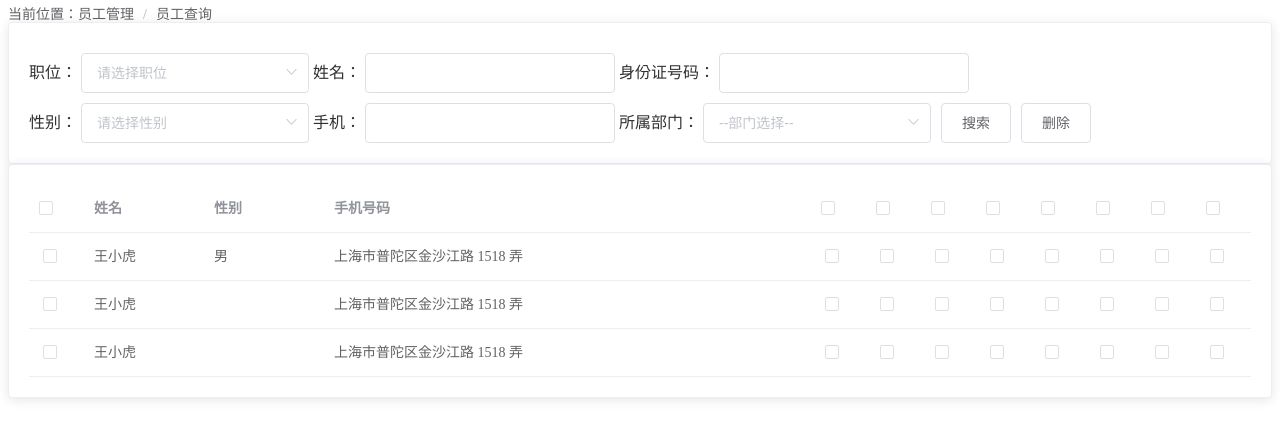
Repository: YUNjwyao/vue_hrm
Page: /#/employee
The author's editor kept a copy of each file at every save. The page is drawn from the files as they stood at one save, then again after the next save.
The browser window is 1280 px wide. The pictures show the whole page.
The project was rebuilt for these pictures with package versions that can differ from the ones it lists, and the page was loaded fresh each time.

Above is the page before, as saved 2020-10-15 19:38:49.

### src/App.vue
<template>
  <div id="app">
     <!-- 路由占位符 -->
     <router-view></router-view>
  </div>
</template>

<script>

export default {

}
</script>

<style lang="less" scoped>

</style>

### src/router/index.js
import Vue from 'vue'
import VueRouter from 'vue-router'
import EmployeeQuery from '../components/Employee/EmployeeQuery.vue'

Vue.use(VueRouter)

const routes = [
 {
   path: '/employee',component: EmployeeQuery
 }
]

const router = new VueRouter({
  routes
})

export default router

### src/plugins/element.js
import Vue from 'vue'
import {
    Button,
    Breadcrumb,
    BreadcrumbItem,
    Card,
    Select,
    Option,
    Input,
    Row,
    Table,
    TableColumn
} from 'element-ui'


Vue.use(Button)
Vue.use(Breadcrumb)
Vue.use(BreadcrumbItem)
Vue.use(Card)
Vue.use(Select)
Vue.use(Option)
Vue.use(Input)
Vue.use(Row)
Vue.use(Table)
Vue.use(TableColumn)

### src/components/Employee/EmployeeQuery.vue
<template>
  <div class="employee">
    <!-- 面包屑导航 -->
    <el-breadcrumb separator="/">
      <el-breadcrumb-item>当前位置：员工管理</el-breadcrumb-item>
      <el-breadcrumb-item><a href="/">员工查询</a></el-breadcrumb-item>
    </el-breadcrumb>
    <!-- 查询输入框 -->
    <el-card>
      <el-row>
        职位：
        <el-select v-model="value" placeholder="请选择职位">
          <el-option
            v-for="item in options"
            :key="item.value"
            :label="item.label"
            :value="item.value"
          >
          </el-option>
        </el-select>
        姓名：
        <el-input v-model="input"></el-input>
        身份证号码：
        <el-input v-model="input"></el-input>
      </el-row>
	  <el-row>
        性别：
        <el-select v-model="value" placeholder="请选择性别">
          <el-option
            v-for="item in optionsSex"
            :key="item.value"
            :label="item.label"
            :value="item.value"
          >
          </el-option>
        </el-select>
        手机：
        <el-input v-model="input"></el-input>
       所属部门：
        <el-select v-model="value" placeholder="--部门选择--">
          <el-option
            v-for="item in optionsDoor"
            :key="item.value"
            :label="item.label"
            :value="item.value"
          >
          </el-option>
        </el-select>
		<el-button>搜索</el-button>
		<el-button>删除</el-button>
      </el-row>
    </el-card>
	<!-- Table表格 -->
	<el-card>
		 <el-table
    ref="multipleTable"
    :data="tableData"
    tooltip-effect="dark"
    style="width: 100%"
    @selection-change="handleSelectionChange">
    <el-table-column
      type="selection"
      width="55">
    </el-table-column>
    <el-table-column
	  prop="name"
      label="姓名"
      width="120">
      <template slot-scope="scope">{{ scope.row.name }}</template>
    </el-table-column>
    <el-table-column
      prop="sex"
      label="性别"
      width="120">
    </el-table-column>
    <el-table-column
      prop="address"
      label="手机号码"
      show-overflow-tooltip>
    </el-table-column>
	<el-table-column
      type="selection"
      width="55">
    </el-table-column>
	<el-table-column
      type="selection"
      width="55">
    </el-table-column>
	<el-table-column
      type="selection"
      width="55">
    </el-table-column>
	<el-table-column
      type="selection"
      width="55">
    </el-table-column>
	<el-table-column
      type="selection"
      width="55">
    </el-table-column>
	<el-table-column
      type="selection"
      width="55">
    </el-table-column>
	<el-table-column
      type="selection"
      width="55">
    </el-table-column>
	<el-table-column
      type="selection"
      width="55">
    </el-table-column>
  </el-table>
	</el-card>
  </div>
</template>

<script>
export default {
  data() {
    return {
      options: [
        {
          value: "选项1",
          label: "经理",
        },
        {
          value: "选项2",
          label: "职员",
        },
	  ],
	  optionsSex: [
        {
          value: "选项1",
          label: "男",
        },
        {
          value: "选项2",
          label: "女",
        },
	  ],
	  optionsDoor: [
        {
          value: "选项1",
          label: "技术部",
        },
        {
          value: "选项2",
          label: "运营部",
        },
	  ],
	    tableData: [{
		  name: '王小虎',
		  sex: '男',
          address: '上海市普陀区金沙江路 1518 弄'
        }, {
          date: '2016-05-02',
          name: '王小虎',
          address: '上海市普陀区金沙江路 1518 弄'
        }, {
          date: '2016-05-04',
          name: '王小虎',
          address: '上海市普陀区金沙江路 1518 弄'
        }],
        multipleSelection: []
    };
  },
  methods: {
      toggleSelection(rows) {
        if (rows) {
          rows.forEach(row => {
            this.$refs.multipleTable.toggleRowSelection(row);
          });
        } else {
          this.$refs.multipleTable.clearSelection();
        }
      },
      handleSelectionChange(val) {
        this.multipleSelection = val;
      }
    }
};
</script>

<style lang="less" scoped>
.el-input {
  width: 250px;
}
.el-row{
	margin-top: 10px;
}
.el-button{
	margin-left: 10px;
}
</style>

Loaded but not shown: public/index.html (common file); src/main.js (common file); src/store/index.js (common file)

After the next save:
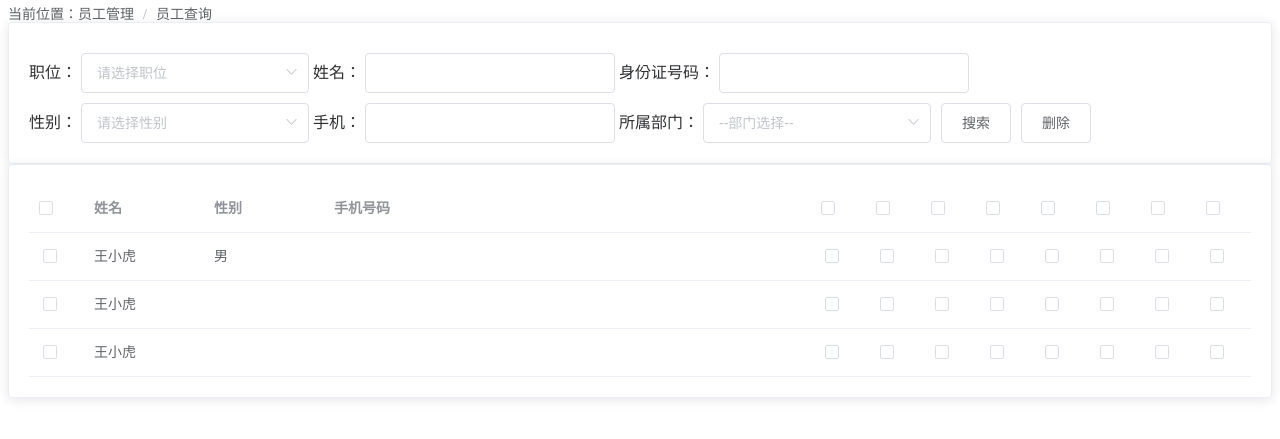
Saved 23 s later.
--- a/src/components/Employee/EmployeeQuery.vue
+++ b/src/components/Employee/EmployeeQuery.vue
@@ -74,7 +74,7 @@
       width="120">
     </el-table-column>
     <el-table-column
-      prop="address"
+      prop="phone"
       label="手机号码"
       show-overflow-tooltip>
     </el-table-column>
